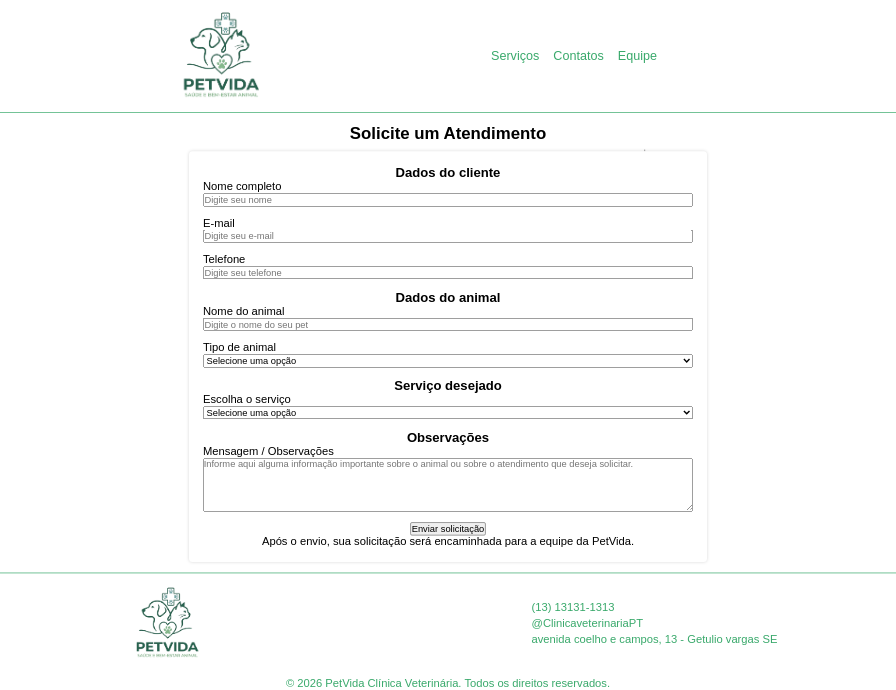
Repository: antonymsantana-design/Veterinario
Page: contatos.html
These files come from the project's save history. The page is drawn as it stood at one moment and after a run of saves; the edit follows.
The browser window is 1280 px wide. The pictures show the part of the page from y = 0 to 1920 px (the page is 985 px tall before and 3188 px after), at 70% of full size.

Above is the page before, as saved 2026-10-03 19:08:45.

### contatos.html
<!doctype html>
<html lang="pt-br">
  <head>
    <meta charset="UTF-8" />
    <meta name="viewport" content="width=device-width, initial-scale=1.0" />
    <title>Cebola Hair</title>
    <link rel="stylesheet" href="style.css" />
    <script src="script3.js" defer></script>
  </head>
  <header>
    <div class="conteudoH" id="conteudoH">
      <div class="imagem" id="imagem">
        <img src="image/logo.png" alt="logo" class="logoIMG" id="logoIMG" />
      </div>
      <div class="direitaH">
        <div class="links" id="links">
          <a href="serviços.html" class="aLinks" id="servA">Serviços</a>
          <a href="CONTATOS.HTML" class="aLinks" id="contatosA">Contatos</a>
          <a href="Team.html" class="aLinks" id="contatosA">Equipe</a>
        </div>
      </div>
    </div>
  </header>

  <body>
    <h2 class="Our" id="servicosT">Solicite um Atendimento</h2>
    <hr />

    <div class="context">
    <form
      action="https://formsubmit.co/antony.m.santana@aluno.senai.br"
      method="POST"
    >

      <h3>Dados do cliente</h3>

      <div class="campo">
        <label for="nome">Nome completo</label>
        <input
          type="text"
          name="nome"
          id="nome"
          placeholder="Digite seu nome"
          required
        />
      </div>

      <div class="campo">
        <label for="email">E-mail</label>
        <input
          type="email"
          name="email"
          id="email"
          placeholder="Digite seu e-mail"
          required
        />
      </div>

      <div class="campo">
        <label for="telefone">Telefone</label>
        <input
          type="tel"
          name="telefone"
          id="telefone"
          placeholder="Digite seu telefone"
          required
        />
      </div>

      <h3>Dados do animal</h3>

      <div class="campo">
        <label for="animal">Nome do animal</label>
        <input
          type="text"
          name="animal"
          id="animal"
          placeholder="Digite o nome do seu pet"
          required
        />
      </div>

      <div class="campo">
        <label for="tipo">Tipo de animal</label>

        <select name="tipo_animal" id="tipo" required>
          <option value="">Selecione uma opção</option>
          <option value="Cachorro">Cachorro</option>
          <option value="Gato">Gato</option>
          <option value="Outro">Outro</option>
        </select>
      </div>

      <h3>Serviço desejado</h3>

      <div class="campo">
        <label for="servico">Escolha o serviço</label>

        <select name="servico" id="servico" required>
          <option value="">Selecione uma opção</option>
          <option value="Consulta veterinária">Consulta veterinária</option>
          <option value="Vacinação">Vacinação</option>
          <option value="Banho e tosa">Banho e tosa</option>
          <option value="Exames laboratoriais">Exames laboratoriais</option>
          <option value="Atendimento de emergência">
            Atendimento de emergência
          </option>
          <option value="Acompanhamento veterinário">
            Acompanhamento veterinário
          </option>
        </select>
      </div>

      <h3>Observações</h3>

      <div class="campo">
        <label for="mensagem">Mensagem / Observações</label>

        <textarea
          name="mensagem"
          id="mensagem"
          rows="5"
          placeholder="Informe aqui alguma informação importante sobre o animal ou sobre o atendimento que deseja solicitar."
        ></textarea>
      </div>

      <input
        type="hidden"
        name="_next"
        value="http://127.0.0.1:5500/sucsses.html"
      />

      <button type="submit" class="buto">Enviar solicitação</button>

      <p class="texto-form">
        Após o envio, sua solicitação será encaminhada para a equipe da PetVida.
      </p>
    </form>
    </div>
  </body>
  <footer id="footer">
    <div class="cimaF">
      <div class="direita">
        <img src="image/logo.png" alt="logo" class="logoIMGF" id="logoIMG" />
      </div>

      <div class="esquerda">
        <p>(13) 13131-1313</p>
        <p>@ClinicaveterinariaPT</p>
        <p>avenida coelho e campos, 13 - Getulio vargas SE</p>
      </div>
    </div>
    <div class="baixoF">
      <p>© 2026 PetVida Clínica Veterinária. Todos os direitos reservados.</p>
    </div>
  </footer>
</html>

### style.css
* {
  padding: 0px;
  margin: 0px;
  font-family: Arial, Helvetica, sans-serif;
}

header {
  background-color: #ffffff;
  height: 160px;
  display: flex;
  justify-content: center;
  align-items: center;
  border-bottom: 1px solid #39a96b;
}

.conteudoH {
  display: flex;
  justify-content: center;
  align-items: center;
  gap: 300px;
}

.imagem {
  margin-left: 20px;
  margin-top: 5px;
  display: flex;
  justify-content: center;
  align-items: center;
  gap: 30px;
  font-weight: 600;
  font-size: 22px;
}

.logoIMG {
  width: 170px;
  margin-bottom: 10px;
  cursor: pointer;
}

.logoH {
  color: white;
}

.links {
  display: flex;
  gap: 20px;
  justify-content: center;
  padding-right: 130px;
  font-size: 18px;
}

.links a {
  text-decoration: none;
  color: #39a96b;
  transition: 0.5s ease;
}

.aLinks:hover {
  transform: translateY(-5px);
  box-shadow: 0 4px 10px rgba(0, 0, 0, 0.15);
  background-color: #39a96b;
  color: #f5f5f5;
  border-radius: 5px;
  width: 120px;
  height: 30px;
  display: flex;
  justify-content: center;
  align-items: center;
}

.btnDiv {
  display: flex;
}

.btn {
  display: flex;
  justify-content: center;
  width: 140px;
  height: 50px;
  background-color: #22c55e;
  border: none;
  color: white;
  align-items: center;
  border-radius: 8px;
  transition: 0.3s ease;
  cursor: pointer;
  font-size: 14px;
}

.btn:hover {
  transform: translateY(-5px);
  box-shadow: 0 8px 15px rgba(0, 0, 0, 0.4);
}

.direitaH {
  display: flex;
  justify-content: center;
  align-items: center;
}

.conteudo {
  background-image: url(image/Cuidando\ de\ Quem\ Amamos.png);
  background-repeat: no-repeat;
  background-size: cover;
  background-position: center;
  height: 80vh;
  color: white;
}

.card {
  background-color: #fdeec7;
  width: 270px;
  height: 220px;
  display: flex;
  flex-direction: column;
  justify-content: center;
  align-items: center;
  border-radius: 5px;
}

.cards {
  display: flex;
  justify-content: center;
  gap: 40px;
  padding-top: 20px;
  padding-bottom: 20px;
}

.card h4 {
  color: #22c55e;
}

.icone {
  width: 120px;
  height: 120px;
  padding-bottom: 10px;
}

.Our {
  padding-top: 15px;
  text-align: center;
  padding-bottom: 10px;
}

hr {
  color: #22c55e;
  text-align: center;
  margin-left: 920px;
  margin-right: 920px;
}

.agendar {
  display: flex;
  justify-content: space-around;
  align-items: center;
  padding-bottom: 20px;
}

.form {
  background-color: #ecf2f7;
  width: 600px;
  height: 300px;
  border-radius: 7px;
  display: flex;
  justify-content: center;
  flex-direction: column;
}

.formCima {
  padding-top: 20px;
  display: flex;
  justify-content: center;
  align-items: center;
  flex-direction: column;
}

.quadrado {
  display: grid;
  justify-content: center;
  grid-template-columns: repeat(2, 200px);
  gap: 30px;
  column-gap: 70px;
  margin-right: 40px;
}

.esq {
  font-size: 25px;
}

footer {
  display: flex;
  justify-content: center;
  align-items: center;
  flex-direction: column;
  background-color: #ffffff;
  color: #39a96b;
  border-top: 1px solid #39a96b;
}

.AbH2 {
  padding-left: 20px;
  padding-right: 20px;
  padding-bottom: 10px;
  padding-top: 10px;
  text-align: center;
}

.AbH3 {
  padding-left: 20px;
  padding-right: 20px;
  padding-bottom: 10px;
  padding-top: 10px;
  text-align: center;
  margin-left: 425px;
  margin-right: 425px;
}

.topc {
  display: flex;
  justify-content: center;
  align-items: center;
  flex-direction: column;
  text-align: center;
  max-width: 350px;
}

.topics {
  display: flex;
  justify-content: center;
  gap: 100px;
  padding-bottom: 25px;
}

.topcIMG {
  width: 290px;
  height: 260px;
  border-radius: 25px;
  cursor: pointer;
  padding-bottom: 10px;
  padding-top: 10px;
}

.topcH {
  padding-bottom: 10px;
}

.cimaF {
  display: flex;
  justify-content: center;
  gap: 450px;
  align-items: center;
  margin-bottom: 4px;
}

.logoIMGF {
  width: 140px;
  cursor: pointer;
}

.esquerda {
  display: flex;
  flex-direction: column;
  gap: 5px;
}

.formu {
  width: 240px;
  height: 30px;
  border-radius: 5px;
  border: none;
}

.forms {
  width: 500px;
  height: 30px;
  border-radius: 5px;
  border: none;
}

.agendarbtn {
  display: flex;
  justify-content: center;
  align-items: center;
  width: 512px;
  height: 40px;
  background-color: #22c55e;
  border: none;
  color: white;
  border-radius: 8px;
  transition: 0.3s ease;
  cursor: pointer;
  margin-top: 15px;
}

.agendarbtn:hover {
  transform: translateY(-5px);
}

.btnAgendar {
  display: flex;
  justify-content: center;
  align-items: center;
}

/*pagina de serviços*/

.primeiro {
  background-color: #f0f9f4;
  width: 300px;
  padding-bottom: 13px;
  margin-left: 20px;
  text-align: center;
  padding-top: 13px;
  flex-wrap: wrap;
  border-radius: 15px;
}

.cards {
  display: grid;
  justify-content: center;
  grid-template-columns: repeat(3, 400px);
  gap: 50px;
  padding-bottom: 15px;
}
.cards .primeiro img {
  width: 250px;
  height: 250px;
  border-radius: 15px;
}
h1 {
  text-align: center;
  margin-top: 20px;
  margin-bottom: 20px;
}
.texto {
  color: #3c2415;
}
.preco {
  color: #e4c8a4;
}

form {
  display: flex;
  flex-direction: column;
  align-items: center;
  justify-content: center;
  box-shadow: 0px 0px 5px rgba(0, 0, 0, 0.16);
  padding: 20px;
  width: 700px;
  margin: 0 auto;
  border-radius: 5px;
  margin-bottom: 15px;
}

.campo{
    display: flex;
    flex-direction: column;
    margin-bottom: 15px;
    width: 100%;
    height: 90%;
}

/* celular */

@media (max-width: 768px) {
  /* header */
  header {
    height: auto;
    padding: 10px 0;
  }

  .conteudoH {
    flex-direction: column;
    padding-right: 0;
    gap: 15px;
  }

  .imagem {
    margin-left: 0;
    margin-top: 0;
    gap: 10px;
  }

  .logoIMG {
    width: 80px;
    height: 80px;
  }

  .logoH {
    font-size: 20px;
  }

  .direitaH {
    flex-direction: column;
    gap: 15px;
  }

  .links {
    padding-right: 0;
    font-size: 16px;
  }

  .conteudo {
    height: 400px;
  }

  .texto {
    padding-left: 25px;
    padding-right: 25px;
    height: 400px;
    font-size: 25px;
  }

  .texto small {
    font-size: 14px;
  }

  .Our {
    font-size: 25px;
  }

  hr {
    margin-left: 30%;
    margin-right: 30%;
  }

  .cards {
    flex-direction: column;
    align-items: center;
    gap: 20px;
  }

  .card {
    width: 80%;
    max-width: 270px;
  }

  .agendar {
    flex-direction: column;
    gap: 30px;
    padding: 30px 20px;
  }

  .esq {
    font-size: 18px;
    text-align: center;
  }

  .esq h1 {
    font-size: 28px;
  }

  .esq p {
    font-size: 15px;
  }

  .form {
    width: 100%;
    max-width: 600px;
    height: auto;
    padding: 20px 0;
  }

  .forms {
    width: 80%;
  }

  .quadrado {
    grid-template-columns: 1fr;
    gap: 15px;
    margin-right: 0;
  }

  .formu {
    width: 80%;
  }

  .quadrado > div {
    width: 100%;
    text-align: center;
  }

  .quadrado label {
    display: block;
    margin-bottom: 5px;
  }

  .agendarbtn {
    width: 80%;
  }

  footer {
    flex-direction: column;
    gap: 20px;
    padding: 20px;
    text-align: center;
  }

  .esquerda {
    align-items: center;
  }
}

Loaded but not shown: script3.js (no stored copy; drawn as an empty file)

After the next 3 saves:
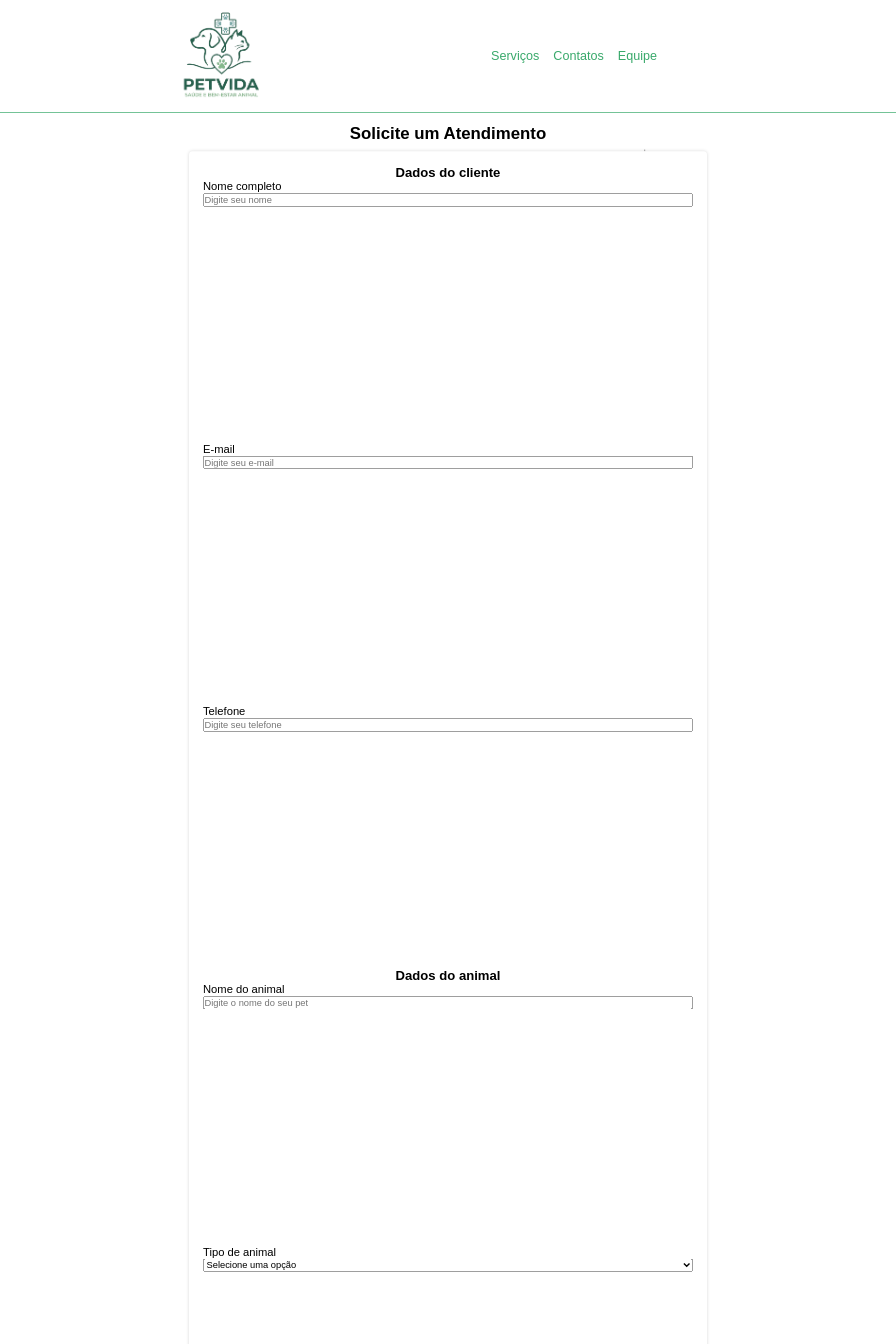
The 3 saves are shown as one change because they came seconds apart.
The last was saved 11 s later.
--- a/style.css
+++ b/style.css
@@ -357,7 +357,7 @@
     flex-direction: column;
     margin-bottom: 15px;
     width: 100%;
-    height: 90%;
+    height: 50vh;
 }
 
 /* celular */

After the 2 saves that followed:
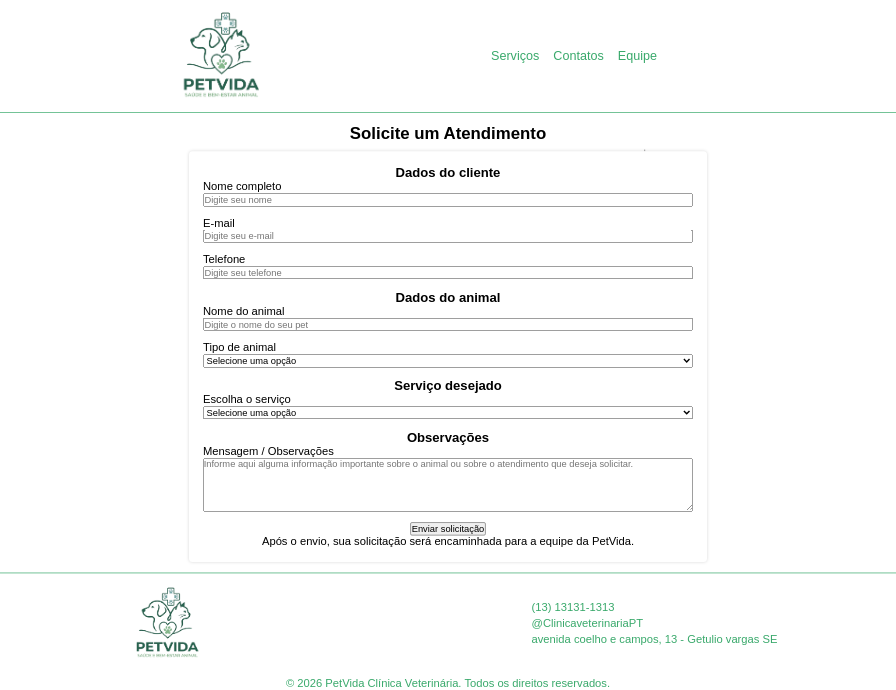
The 2 saves are shown as one change because they came seconds apart.
The last was saved 9 s later.
--- a/style.css
+++ b/style.css
@@ -357,7 +357,6 @@
     flex-direction: column;
     margin-bottom: 15px;
     width: 100%;
-    height: 50vh;
 }
 
 /* celular */
